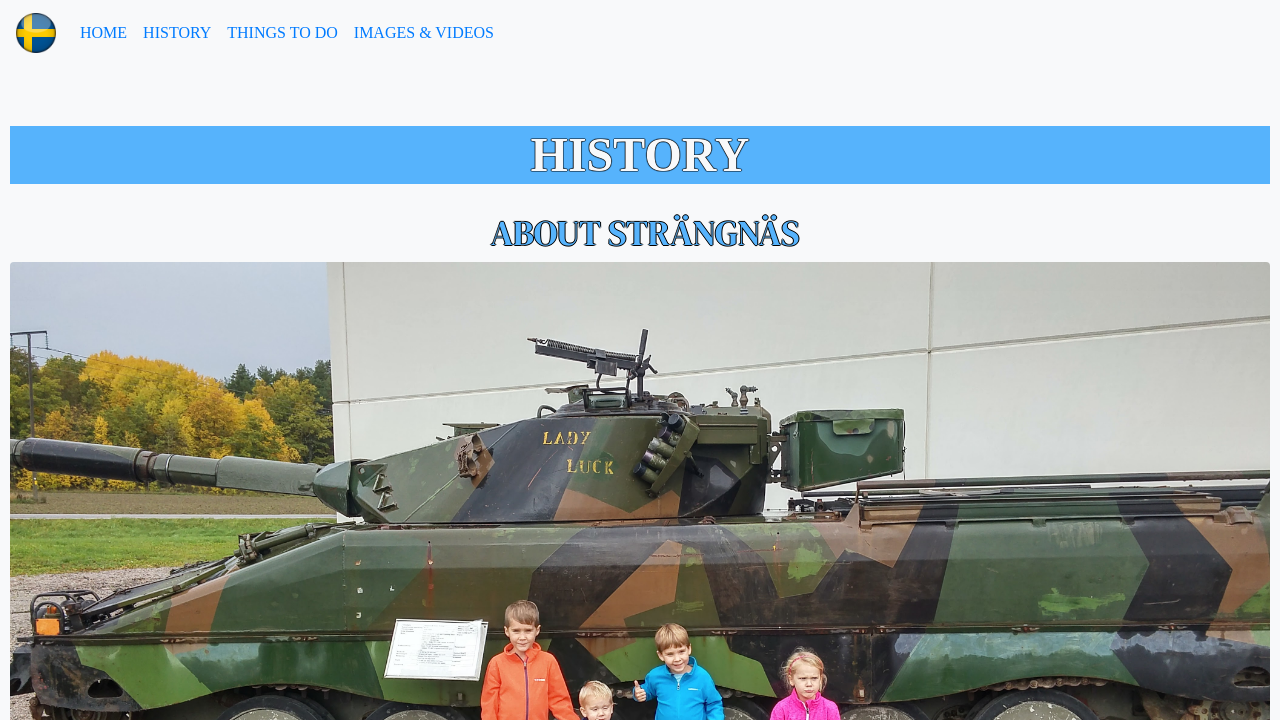
Repository: kososwede/first-project
Page: history.html
The author's editor kept a record of every edit. The page is drawn from the files as they stood at one moment, then again after the next edit.
The browser window is 1280 px wide. The pictures show the whole page.
An inner scrolling area shows only its first screen. Some web fonts or font styles are not loaded; a fallback is used.

Above is the page before.

### history.html
<!DOCTYPE html>
<html lang="en">

<head>
  <meta charset="UTF-8">
  <meta name="viewport" content="width=device-width, initial-scale=1.0">
  <meta http-equiv="X-UA-Compatible" content="ie=edge">
  <link rel="stylesheet" href="https://stackpath.bootstrapcdn.com/bootstrap/4.3.1/css/bootstrap.min.css" integrity="sha384-ggOyR0iXCbMQv3Xipma34MD+dH/1fQ784/j6cY/iJTQUOhcWr7x9JvoRxT2MZw1T" crossorigin="anonymous">
  <link rel="stylesheet" href="https://stackpath.bootstrapcdn.com/font-awesome/4.7.0/css/font-awesome.min.css" type="text/css" />
  <link rel="stylesheet" href="https://cdnjs.cloudflare.com/ajax/libs/ionicons/2.0.1/css/ionicons.min.css">
  <link rel="stylesheet" href="https://cdnjs.cloudflare.com/ajax/libs/hover.css/2.3.1/css/hover-min.css" integrity="sha256-c+C87jupO1otD1I5uyxV68WmSLCqtIoNlcHLXtzLCT0=" crossorigin="anonymous" />
  <link rel="stylesheet" href="assets/css/style.css" type="text/css" />
  <title>Welcome To Strängnäs</title>
  <title>Document</title>
</head>

<body>

  <!----------------------header-------------------------->

  <!----------nav------->

  <nav class="navbar navbar-expand-lg navbar-light bg-light">
    <a class="navbar-brand" href="index.html"><img class="image-size" src="assets/images/sweden-flag-png-1.png"></img></a>
    <button class="navbar-toggler" type="button" data-toggle="collapse" data-target="#navbarNavAltMarkup" aria-controls="navbarNavAltMarkup" aria-expanded="false" aria-label="Toggle navigation">
    <span class="navbar-toggler-icon"></span>
  </button>
    <div class="collapse navbar-collapse" id="navbarNavAltMarkup">
      <div class="navbar-nav">
        <a class="nav-item nav-link text-primary" href="index.html">HOME<span class="sr-only">(current)</span></a>
        <a class="nav-item nav-link text-primary" href="history.html">HISTORY</a>
        <a class="nav-item nav-link text-primary" href="places.html">THINGS TO DO</a>
        <a class="nav-item nav-link text-primary" href="images+videos.html">IMAGES & VIDEOS</a>
      </div>
    </div>
  </nav>



  <!---------------main------------------------------------>
  <div id="container">
    <h1 class="to-do">HISTORY</h1>
    <h2 class="to-do-sub-head1">ABOUT STRÄNGNÄS</h2>
    <div class="row">
      <div class="col-12">
        <img src="assets/images/arsenalen.jpg" class="rounded float-center img-fluid"></img>
      </div>
      <div class="col-6">
        <img src="assets/images/arsenalen2.jpg" class="rounded float-center img-fluid"></img>
      </div>
      <div class="col-12">
        <p>The city's name is first encountered in 1120, in reference to the Diocese. The name Strängnäs is derived from the fact that the city is located near a strait and on several hills, especially on two major ones, the "Mill Hill" and the "Cathedral Hill". In Old Norse strengr indicates a "narrow channel of water" and nes refers to an "isthmus", "narrow peninsula", or " headland", a very common toponymic in Scandinavia. Strängnäs was the native city of prominent reformer Laurentius Andreae and the home city of both Andreae and Olaus Petri. It became a regional centre of education and scholarship, and in 1626 the Thomas Gymnasium was established by King Gustavus
          Adolphus, and is today Sweden's second oldest operating gymnasium.
        </p>
      </div>
      <div class="col-6">
        <img src="assets/images/arsenalen.jpg" class="rounded float-center img-fluid"></img>
      </div>
      <div class="col-6">
        <img src="assets/images/arsenalen.jpg" class="rounded float-center img-fluid"></img>
      </div>
      <div class="col-12">
        <p>The urban and economic development of Strängnäs seems to have slowed after the Reformation, only flourishing temporarily with the arrival of energetic bishops. The city was slow to engage with the 19th century industrial development and investment found in other areas. A significant fire in 1871 led to large-scale reconstruction of the city, from which time its current appearance stems.
        </p>


      </div>
    </div>

  </div>

  <!----------------------footer------------------------>
  <div class="footer-basic">
    <footer>
      <div class="social"><a href="#"><i class="icon ion-social-instagram"></i></a><a href="#"><i class="icon ion-social-snapchat"></i></a><a href="#"><i class="icon ion-social-twitter"></i></a><a href="#"><i class="icon ion-social-facebook"></i></a></div>
      <h2>For more information about Strängnäs and the surrounding area search for "Södermanland" in the social media links above or enter your Email below to receive up to date offers and discounts on activities and restaurants in the whole of Södermanland.</h3>
        <form class="form-inline justify-content-center">
          <div class="form-group">
            <input type="email" class="form-control" id="email" aria-describedby="emailHelp" placeholder="Enter email">
            <button type="submit" class="btn btn-primary">Submit</button>
          </div>
        </form>

    </footer>
    <p class="copyright">Chris McIlgrew © 2019</p>

  </div>





  <script src="https://code.jquery.com/jquery-3.3.1.slim.min.js" integrity="sha384-q8i/X+965DzO0rT7abK41JStQIAqVgRVzpbzo5smXKp4YfRvH+8abtTE1Pi6jizo" crossorigin="anonymous"></script>
  <script src="https://cdnjs.cloudflare.com/ajax/libs/popper.js/1.14.7/umd/popper.min.js" integrity="sha384-UO2eT0CpHqdSJQ6hJty5KVphtPhzWj9WO1clHTMGa3JDZwrnQq4sF86dIHNDz0W1" crossorigin="anonymous"></script>
  <script src="https://stackpath.bootstrapcdn.com/bootstrap/4.3.1/js/bootstrap.min.js" integrity="sha384-JjSmVgyd0p3pXB1rRibZUAYoIIy6OrQ6VrjIEaFf/nJGzIxFDsf4x0xIM+B07jRM" crossorigin="anonymous"></script>
</body>

</html>

### assets/css/style.css
@import url('https://fonts.googleapis.com/css?family=Sniglet&display=swap');
@import url('https://fonts.googleapis.com/css?family=Courgette&display=swap');
@import url('https://fonts.googleapis.com/css?family=DM+Serif+Display&display=swap');
body,
html {
    width: 100%;
    height: 100%;
    overflow-x: hidden;
}

body {
    font-family: 'Source Sans Pro';

}
 navbar {
     margin-right: 10px;
 }


.image-size {
    height: 40px;
}


.masthead {
    min-height: 30rem;
    position: relative;
    display: table;
    width: 100%;
    height: 100%;
    padding-top: 0rem;
    padding-bottom: 0rem;
    background: -webkit-gradient(linear, left top, right top, from(rgba(255, 255, 255, 0.1)), to(rgba(255, 255, 255, 0.1))), url("../images/viewofstrangnas.jpg");
    background: linear-gradient(90deg, rgba(255, 255, 255, 0.1) 0%, rgba(255, 255, 255, 0.1) 100%), url("../images/viewofstrangnas.jpg");
    background-image: url(../images/viewofstrangnas.jpg);
    background-position: center center;
    background-repeat: no-repeat;
    background-size: cover;

}

h1 {
    font-weight: bolder;
    color: #dece0e;
    text-shadow: #000 0px 0px 1px, #000 0px 0px 1px, #000 0px 0px 1px,
    #000 0px 0px 1px, #000 0px 0px 1px, #000 0px 0px 1px;
    font-size: 3rem;

}

h3 {
    color: #fff;
    text-shadow: #000 0px 0px 1px, #000 0px 0px 1px, #000 0px 0px 1px,
    #000 0px 0px 1px, #000 0px 0px 1px, #000 0px 0px 1px;
}



/*-------------------------------------places-------------------------*/

.to-do {
    color: #f8f9fa;
    background-color: #56b3fc;
    text-align: center;
    margin-top: 50px;

}

.to-do-sub-head1 {
    font-family: 'DM Serif Display', serif;
    padding-left: 10px;
    padding-top: 20px;
    font-size: 35px;
    color: #56b3fc ;
     text-shadow: -1px 0 black, 0 1px black, 1px 0 black, 0 -1px black;
}





#container {
    padding: 10px;
    margin-left: 0px;
    margin-right: 0px;
    display: inline-block;
    text-align: center;
    background-color: #f8f9fa;
}

.img.fluid {
    max-width: 100%;
    height: auto;
}

.col-6 {
    padding: 2px;
    text-align: center;
    height: 365px;
    width: 550px;
}


p {
    font-weight: bold;
}

hr {
    width: 50%;
}

/*-----------------------------------------footer--*/

.footer-basic {
    padding: 0px 0;
    background-color: #f8f9fa;
    color: #4b4c4d;
}

.footer-basic ul {
    padding-left: 50px;
    padding-right: 50px;
    list-style: none;
    text-align: center;
    font-size: 18px;
    line-height: 1.6;
    margin-bottom: 0;
}

.footer-basic li {
    padding: 0 10px;
}

.footer-basic ul a {
    color: inherit;
    text-decoration: none;
    opacity: 0.8;
}

.footer-basic ul a:hover {
    opacity: 1;
}

.footer-basic .social {
    text-align: center;
    padding-bottom: 25px;
    padding-top: 25px;
}

.footer-basic .social>a {
    font-size: 24px;
    width: 40px;
    height: 40px;
    line-height: 40px;
    display: inline-block;
    text-align: center;
    border-radius: 50%;
    border: 1px solid #ccc;
    margin: 0 8px;
    color: inherit;
    opacity: 0.75;

}

.footer-basic .social>a:hover {
    opacity: 0.9;
}

.footer-basic .copyright {
    margin-top: 15px;
    text-align: center;
    font-size: 13px;
    color: #aaa;
    margin-bottom: 0;
    padding-bottom: 15px;
}

.footer-basic h2 {
    font-size: 25px;
    font-style: italic;
    margin-left: 50px;
    margin-right: 50px;
    text-align: center;
}

btn {
    margin-top: 0;
}

/*-----------------------------history---*/

.col-lg-6 {
padding: 0;
margin: 0;
}

.content-section {
 padding-top: 0px;
 padding-right: 0;
 background-color: royalblue;


}

.history-color {
 color: #fff;
 text-decoration: underline yellow;
 }

  .col-lg-4 {
  width: 100%;
 }

After the next edit:
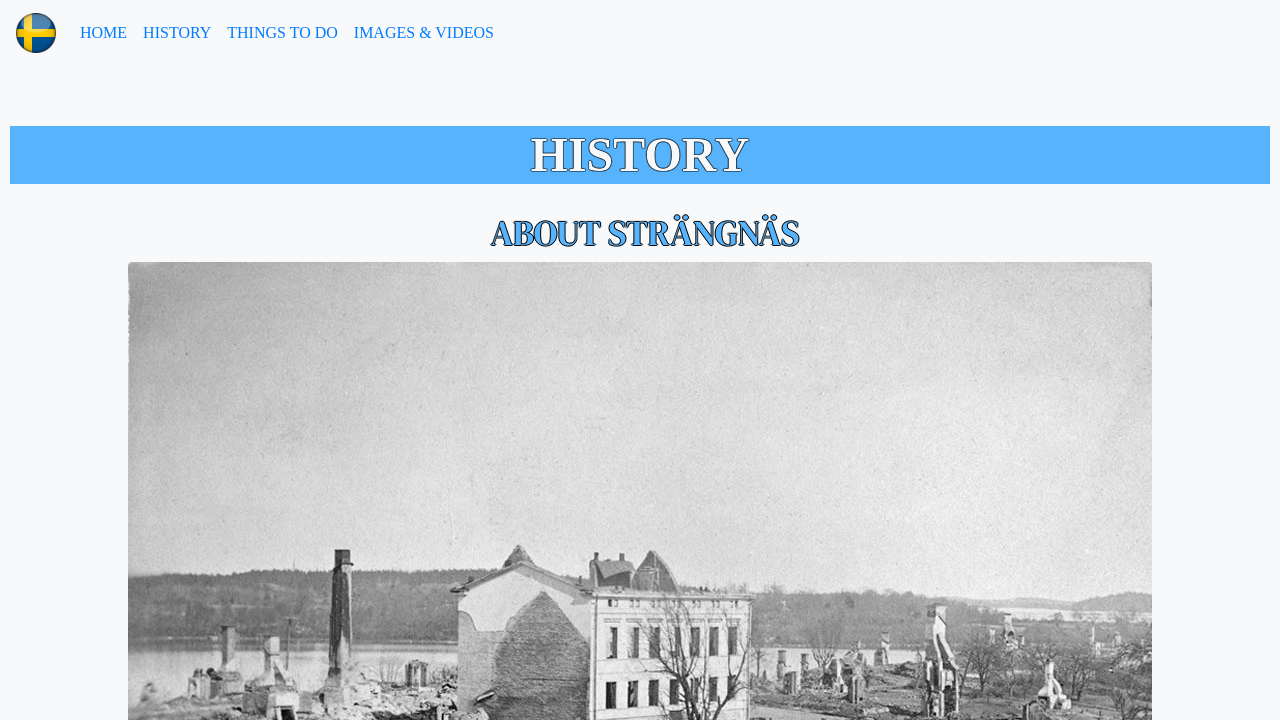
The edit:
--- a/history.html
+++ b/history.html
@@ -43,10 +43,7 @@
     <h2 class="to-do-sub-head1">ABOUT STRÄNGNÄS</h2>
     <div class="row">
       <div class="col-12">
-        <img src="assets/images/arsenalen.jpg" class="rounded float-center img-fluid"></img>
-      </div>
-      <div class="col-6">
-        <img src="assets/images/arsenalen2.jpg" class="rounded float-center img-fluid"></img>
+        <img src="assets/images/history pic1.jpg" class="rounded float-center img-fluid"></img>
       </div>
       <div class="col-12">
         <p>The city's name is first encountered in 1120, in reference to the Diocese. The name Strängnäs is derived from the fact that the city is located near a strait and on several hills, especially on two major ones, the "Mill Hill" and the "Cathedral Hill". In Old Norse strengr indicates a "narrow channel of water" and nes refers to an "isthmus", "narrow peninsula", or " headland", a very common toponymic in Scandinavia. Strängnäs was the native city of prominent reformer Laurentius Andreae and the home city of both Andreae and Olaus Petri. It became a regional centre of education and scholarship, and in 1626 the Thomas Gymnasium was established by King Gustavus
